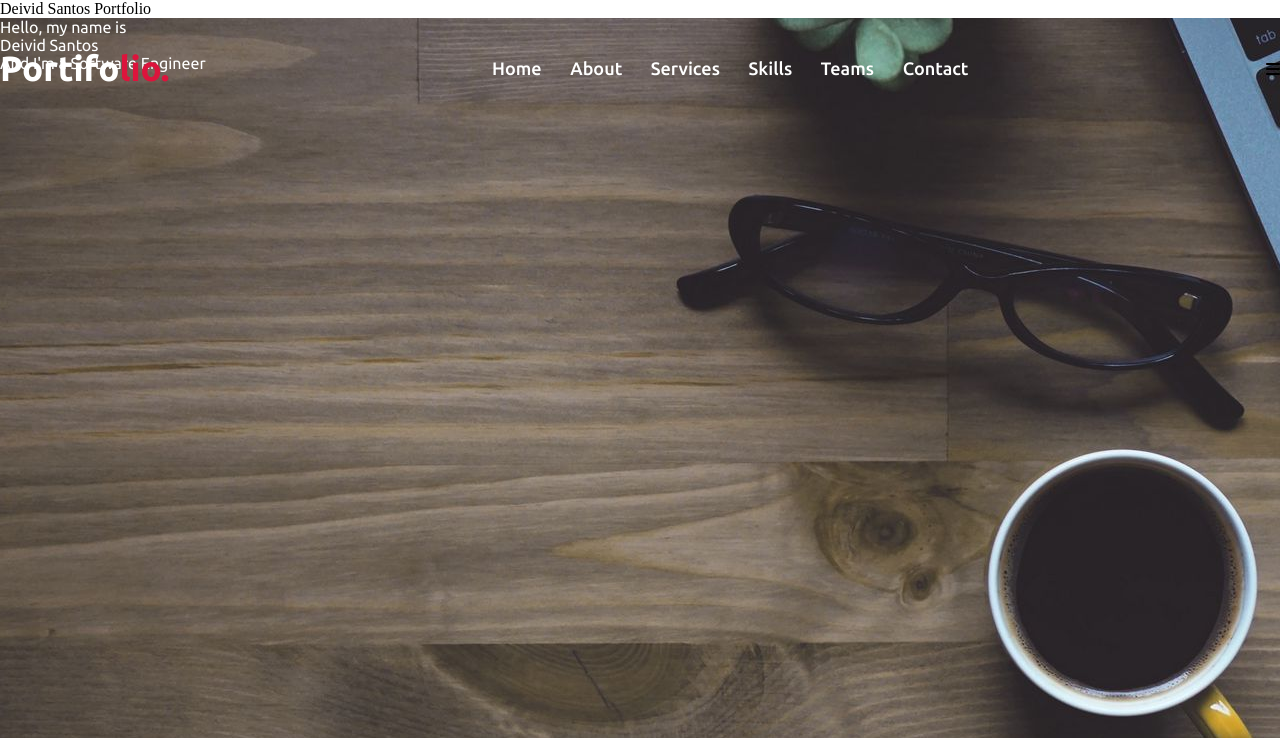
Repository: deividwsantoss/portfolio
Page: index.html
An editor plug-in stored every save of this project. The page is shown before and after the next save, followed by the edit.
The browser window is 1280 px wide. The pictures show the whole page.
Some web libraries are served in a nearby version.

Above is the page before, as saved 2021-03-01 20:18:37.

After the next save:
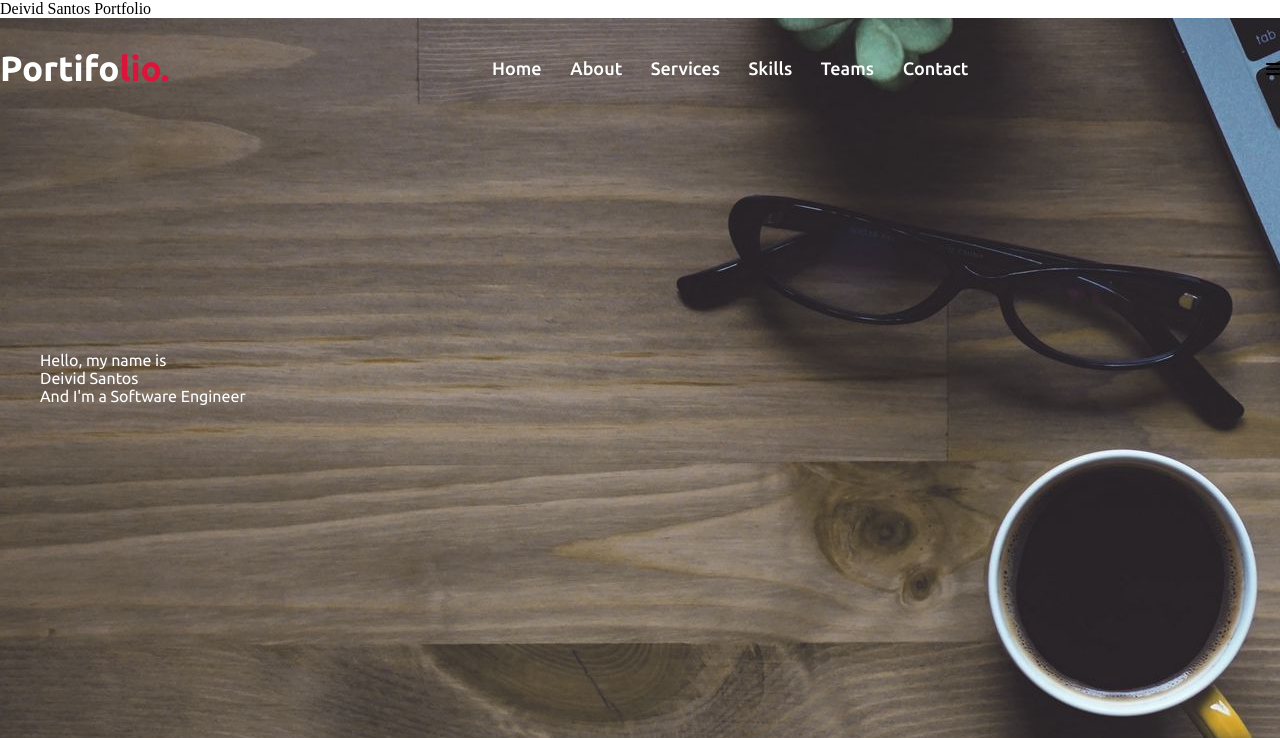
Saved 99 s later.
--- a/Content/style.css
+++ b/Content/style.css
@@ -63,5 +63,7 @@
     color: #fff;
     min-height: 500px;
     font-family: 'Ubuntu', sans-serif;
-
 }
+.home .max-width{
+    margin: auto 0 auto 40px;
+}
